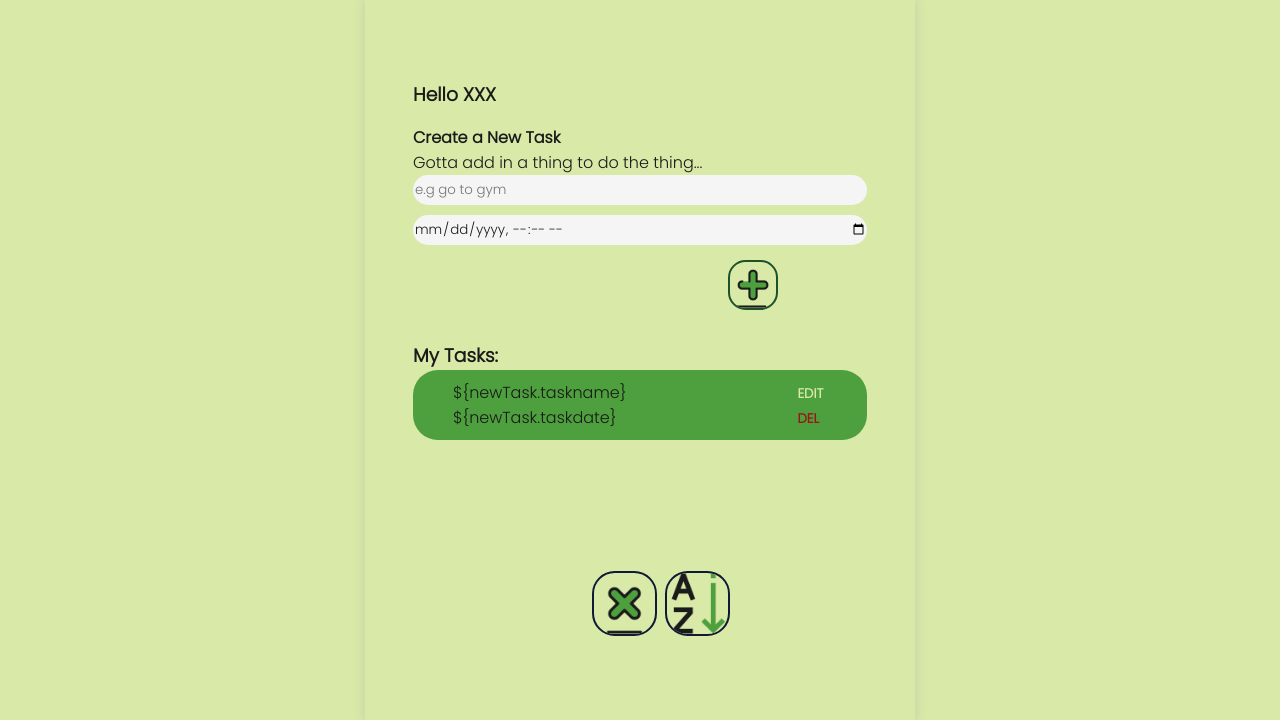
Repository: acidpixie/todo-app-version3
Page: index.html
The author's editor kept a copy of each file at every save. The page is drawn from the files as they stood at one save, then again after the next save.
The browser window is 1280 px wide. The pictures show the whole page.

Above is the page before, as saved 2022-06-11 16:22:11.

### index.html
<!DOCTYPE html>
<html lang="en">
<head>
    <meta charset="UTF-8">
    <meta http-equiv="X-UA-Compatible" content="IE=edge">
    <meta name="viewport" content="width=device-width, initial-scale=1.0">
    <title>Todo Application</title>

    <link rel="stylesheet" type="text/css" href="/css/stylesheet.css">
    <script type="text/javascript" src="/js/script.js" defer></script>

    <!--google fonts - poppins-->
    <link rel="preconnect" href="https://fonts.googleapis.com">
    <link rel="preconnect" href="https://fonts.gstatic.com" crossorigin>
    <link href="https://fonts.googleapis.com/css2?family=Poppins:wght@200;300&display=swap" rel="stylesheet">


</head>
<body>

    <section>
        <header class="heading">
        <h3>Hello XXX</h3>
        </header>

        <div>
            <h4>Create a New Task</h4>
            <form>
                <label>Gotta add in a thing to do the thing...</label>
                <input type="text" class="user-input" id="input-task" placeholder="e.g go to gym">
                <p id="empty-input"></p>
                <input type="datetime-local" class="user-date" id="input-date">
                <img src="/images/add.png" type="submit" class="add-new-task" id="add-new-task-button"></img>
                </label>
            </form>
       </div>
    </section>

    <section>
        <div id="display-tasks" class="display">
            <h3>My Tasks:</h3>
            <ul class="task-item" id="task-list">
                <li class="list-item" id="list-item" data-id="${newTask.taskId}">
                    <div class="list-container">
                        <span class="list-input" id="list-input">${newTask.taskname}</span>
                        <span class="list-date-input" id="list-date-input">${newTask.taskdate}</span>
                    </div>
                    <div class="list-buttons">
                        <button class="edit-item" id="edit-item">EDIT</button>
                        <button class="delete-item" id="delete-item">DEL</button>
                    </div>
                </li>
            </ul>
        </div>
    </section>

    <section class="user-buttons" id="buttons-user">
        <img src="/images/delete.png" class="user-button" id="clear-button"></img>
        <img src="/images/sort-a-z.png" class="user-button" id="sort-button"></img>
    </section>


</body>
</html>

### css/stylesheet.css
/*color pallet
#191A19 - black
#1E5128 - dark green
#4E9F3D - light green
#D8E9A8 - whitish green gray
#f5f5f5 - white smoke
*/



* {
    box-sizing: border-box;
    font-family: "poppins", sans-serif;
    margin: 0;
}

body {
    background-color: #D8E9A8;
    color: #191A19;
    max-width: 550px;
    min-height: 100vh;
    margin: auto;
    box-shadow: 0 1px 10px 0px rgba(176, 173, 173, 0.467);
    position: relative;
}


section {
    padding: 3rem;
}

.heading {
    padding-top: 2rem;
    padding-bottom: 1rem;
}

form {
    display: flex;
    flex-direction: column;
}

input {
    height: 30px;
    border: none;
    color: #191A19;
    background-color: #f5f5f5;
    border-radius: 25px;
}

.user-date {
    margin-top: 10px;
}

li {
    display: flex;
    flex-direction: row;
    padding-left: 0;
    padding-top: 10px;
    list-style: none;
}

ul {
    height: 70px;
    background-color: #4E9F3D ;
    border-radius: 25px;
    align-items: center;
}

.edit-item {
    background-color: #4E9F3D;
    border: none;
    color: #D8E9A8;
    font-weight: 600;
    cursor: pointer;
}

.delete-item {
    background-color: #4E9F3D;
    border: none;
    color: #9a1616;
    font-weight: 600;
    cursor: pointer;
}


.user-buttons {
    display: flex;
    flex-direction: row;
    gap: 8px;
    position: absolute;
    bottom: 5%;
    right: 25%;
}

.user-button {
    display: flex;
    height: 65px;
    width: 65px;
    gap: 10px;
    border: solid 2px #101935;
    border-radius: 35%;
    cursor: pointer;

}

.add-new-task {
    height: 50px;
    width: 50px;
    margin-top: 5px;
    position: absolute;
    bottom: 57%;
    right: 25%;
    background-color: none;
    border: solid 2px #1E5128;
    border-radius: 35%;
    cursor: pointer;

}

Loaded but not shown: js/script.js (no copy from this time; the picture is the same without it)

After the next save:
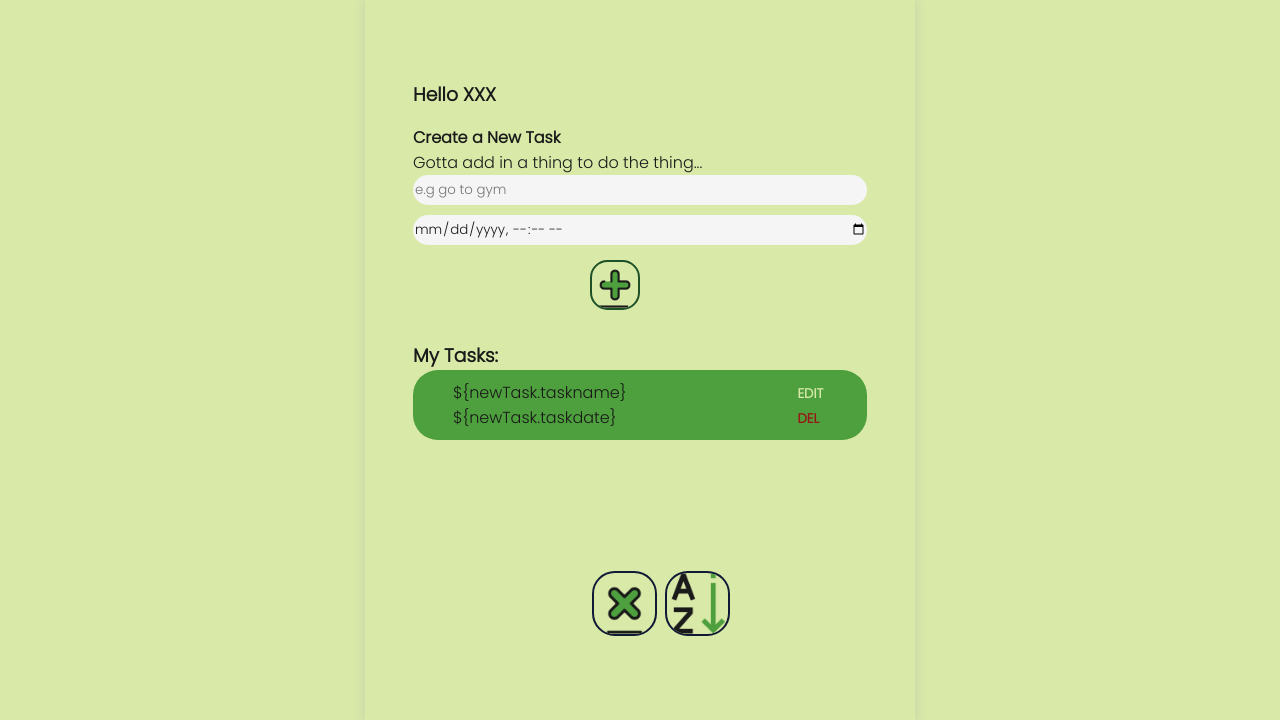
Saved 34 s later.
--- a/css/stylesheet.css
+++ b/css/stylesheet.css
@@ -109,7 +109,7 @@ ul {
     margin-top: 5px;
     position: absolute;
     bottom: 57%;
-    right: 25%;
+    right: 50%;
     background-color: none;
     border: solid 2px #1E5128;
     border-radius: 35%;
